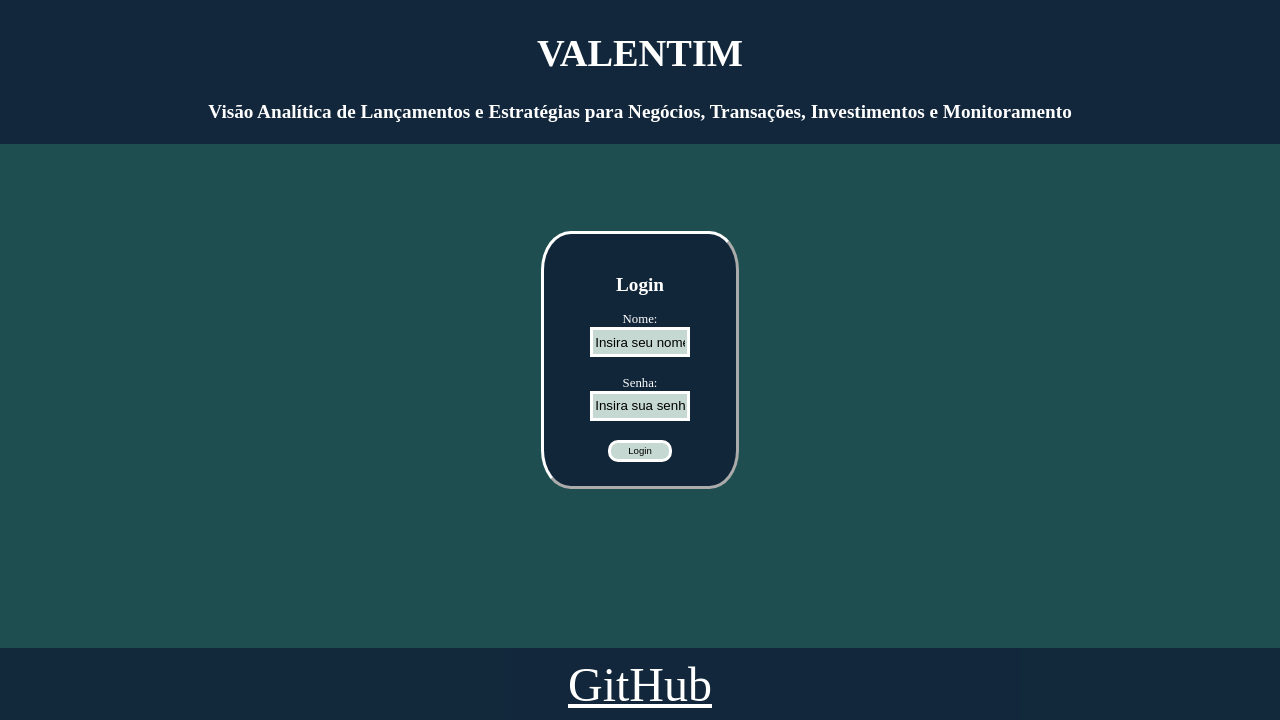
Repository: Matheus-Lacerda009/ERP-Financeiro
Page: Front/index.html
These files come from the project's save history. The page is drawn as it stood at one moment and after the next save; the edit follows.
The browser window is 1280 px wide. The pictures show the whole page.

Above is the page before, as saved 2026-07-13 19:27:50.

After the next save:
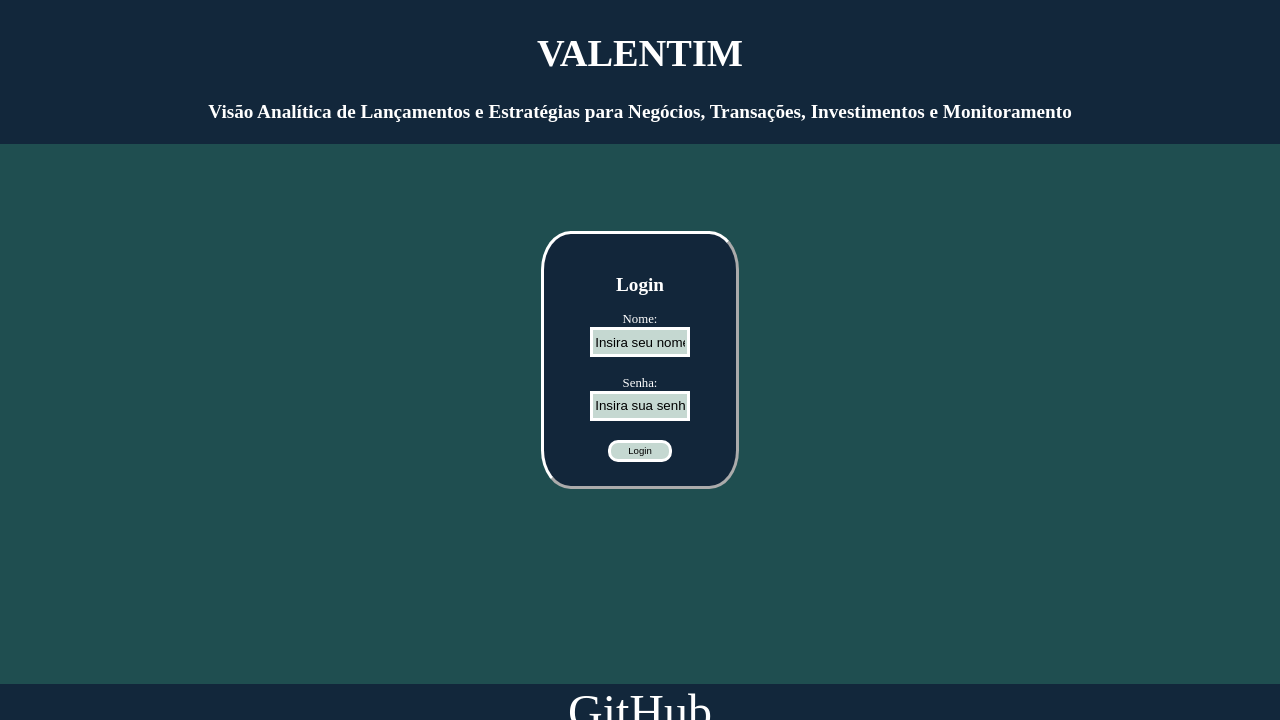
Saved 16 s later.
--- a/Front/index.css
+++ b/Front/index.css
@@ -14,7 +14,7 @@ footer{
     bottom: 0;
     left: 0;
     width: 100%;
-    height: 10%;
+    height: 5%;
     background-color: #12263af3;
     text-align: center;
     align-content: center;
